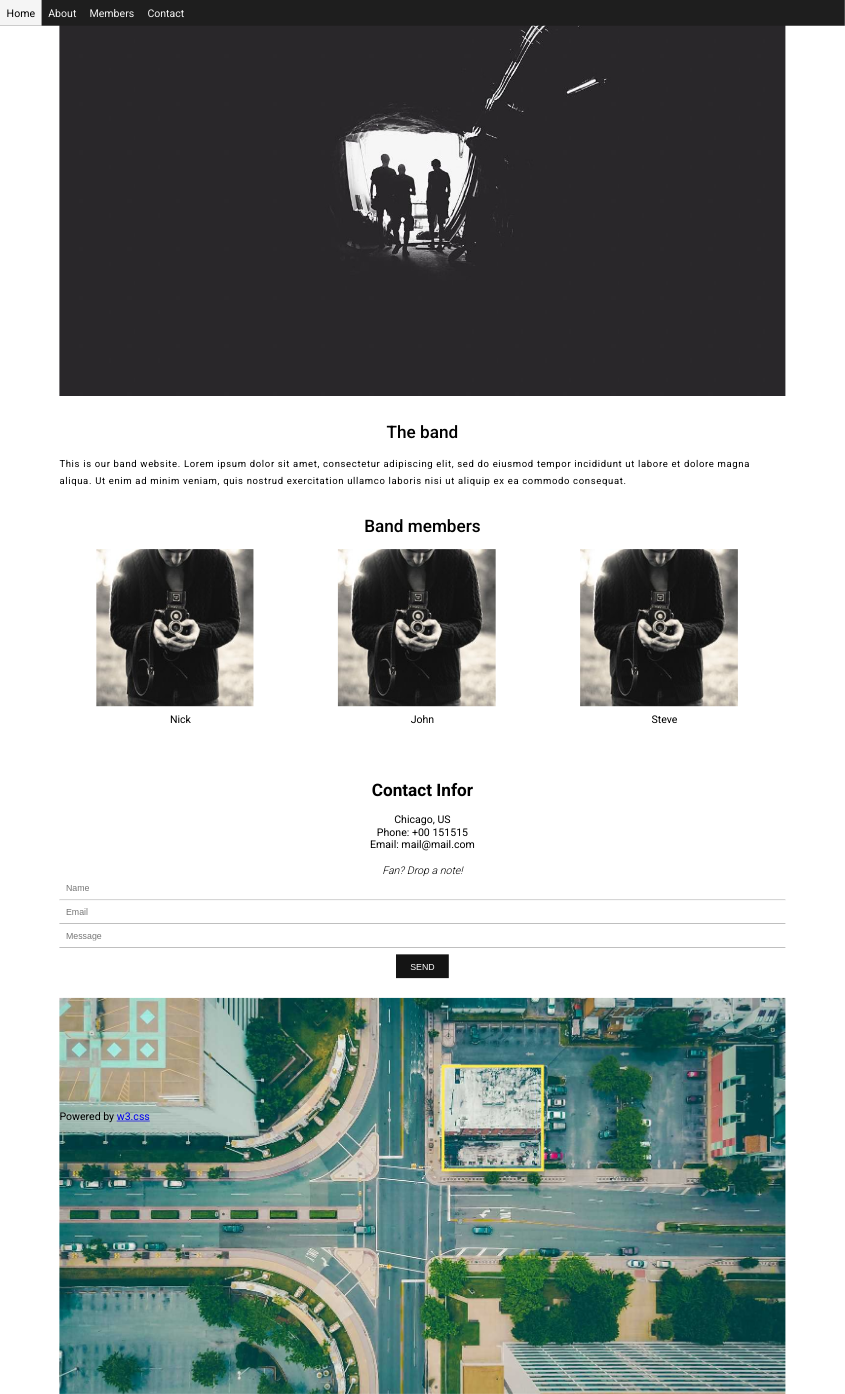
Repository: hieu-22/w3_band_UI
Page: index.html
The author's editor kept a copy of each file at every save. The page is drawn from the files as they stood at one save, then again after the next save.
The browser window is 1280 px wide. The pictures show the whole page, at 66% of full size.

Above is the page before, as saved 2022-12-30 10:41:42.

### index.html
<!DOCTYPE html>
<html lang="en">
<head>
    <meta charset="UTF-8">
    <meta http-equiv="X-UA-Compatible" content="IE=edge">
    <meta name="viewport" content="width=device-width, initial-scale=1.0">
    <title>The band - by w3school</title>
    <link rel="stylesheet" href="assets/css/style.css">
    <link rel="preconnect" href="https://fonts.googleapis.com"><link rel="preconnect" href="https://fonts.gstatic.com" crossorigin><link href="https://fonts.googleapis.com/css2?family=Roboto:wght@100;300;400;500;700&display=swap" rel="stylesheet">
</head>
<body>
    <header class="header">
        <nav class="navigation-bar">
            <ul class="navigation-bar__list">
                <li class="navigation-bar__list-item">
                    Home
                </li>
                <li class="navigation-bar__list-item">
                    About
                </li>
                <li class="navigation-bar__list-item">
                    Members
                </li>
                <li class="navigation-bar__list-item">
                    Contact
                </li>
            </ul>
        </nav>
        <div class="banner"></div>
    </header>

    <main class="content">
        <div class="content__about">
            <h2 class="content__about-name">The band</h2>
            <p class="content__about-description"> This is our band website. Lorem ipsum dolor sit amet, consectetur adipiscing elit, sed do eiusmod tempor incididunt ut labore et dolore magna aliqua. Ut enim ad minim veniam, quis nostrud exercitation ullamco laboris nisi ut aliquip ex ea commodo consequat.
            </p>
        </div>
        <!-- end about -->

        <div class="content__members">
            <h2 class="content__members-header">Band members</h2>
            <div class="content__members-container">
                <div class="member">
                    <div class="member__img">
                        <img src="/assets/img/img_bandmember.jpg" alt="band member">
                    </div>
                    <p class="member__name">Nick</p>
                </div>
                <!-- member1 -->
                <div class="member">
                    <div class="member__img">
                        <img src="/assets/img/img_bandmember.jpg" alt="band member">
                    </div>
                    <p class="member__name">John</p>
                </div>
                <!-- member2 -->
                <div class="member">
                    <div class="member__img">
                        <img src="/assets/img/img_bandmember.jpg" alt="band member">
                    </div>
                    <p class="member__name">Steve</p>
                </div>
                <!-- member3 -->
            </div>
        </div>
        <!-- end members -->
        <div class="content__contact-infor">
            <h2 class="contact-infor__header">Contact Infor</h2>
            <address class="contact-infor__address">
                Chicago, US</br>
                Phone: +00 151515</br>
                Email: mail@mail.com
            </address>
            <div class="contact-infor__form">
                <h3 class="contact-infor__form-title">Fan? Drop a note!</h3>
            <form action="#">
                <input type="text" placeholder="Name" name="name">
                <input type="email" placeholder="Email">
                <input type="text" placeholder="Message">
                <button type="submit">SEND</button>
            </form>
            </div>
            <div class="contact-infor__banner"></div>
        </div>
    </main>

    <footer>
        <p>Powered by <a href="#">w3.css</a></p>
    </footer>
</body>
</html>

### assets/css/style.css
* {
    box-sizing: border-box;
    padding: 0;
    margin: 0;

}

html {
    font-family: 'Roboto', sans-serif;
    font-size: 16px;
    width: 1100px;
    margin: auto;
}

.header {
    height: 600px;
}

.navigation-bar {
    position: absolute;
    top: 0;
    left: 0;
    width: 100%;
    background-color: rgb(30, 30, 30);
}

.navigation-bar__list {
    display: flex;
    justify-content: flex-start;
    align-items: center;
    border-radius: 2px;
    list-style-type: none;
}

.navigation-bar__list-item {
    padding: 10px;
    color: whitesmoke;
}
.navigation-bar__list-item:hover {
    background-color: whitesmoke;
    color: black;
    cursor: pointer;
}

.banner {
    height: 100%;
    width: auto;
    background-image: url('../img/img_la.jpg');
    background-size: cover;
}
/* main content */
.content__about {
    margin-top: 20px;
}

.content__about-name {
    font-weight: 500;
    text-align: center;
    font-size: 26px;
    padding: 20px 0;
}

.content__about-description {
    letter-spacing: 1px;
    line-height: 26px;
    font-size: 0.9rem;
}
/* end about */

.content__members {
    height: 400px;
    margin-top: 20px;
}
.content__members-header {
    font-weight: 500;
    text-align: center;
    width: 100%;
    padding: 20px 0;
    font-size: 26px;
}
.content__members-container {
    display: flex;
    justify-content: space-around;
}

.member__img {
    height: 80%;
}

.member__img img {
    height: 100%;
}

.member__name {
    text-align: center;
    padding: 10px;
}
/* end member */

.content__contact-infor {
    height: 500px;
    margin-top: 20px;
}

.content__contact-infor .contact-infor__header {
    margin: 20px 0;
    text-align: center;
    font-size: 26px;
}

.content__contact-infor .contact-infor__address {
    margin: 20px 0;
    text-align: center;
    font-style: normal;
}
/* end contact address */

.content__contact-infor .contact-infor__form-title {
    font-style: italic;
    font-weight: 300;
    font-size: 16px;
    text-align: center;
}

input {
    width: 100%;
    padding: 10px;
    border: none;
    border-bottom: 1px solid rgb(158, 158, 158);
}

input:focus {
    border: 1px solid black;
}

button {
    position: relative;
    left: 50%;
    top: 10px;
    transform: translateX(-50%);

    width: 80px;
    height: 36px;
    border: none;

    background-color: rgb(20, 20, 20);
    color: white;

    cursor: pointer;
}

button:hover {
    background-color: rgb(196, 198, 199);
    color: black;
}
/* end contact form */

.contact-infor__banner {
    height: 600px;
    margin-top: 40px;
    background-image: url(../img/map.jpg);
    background-size: cover;
}

After the next save:
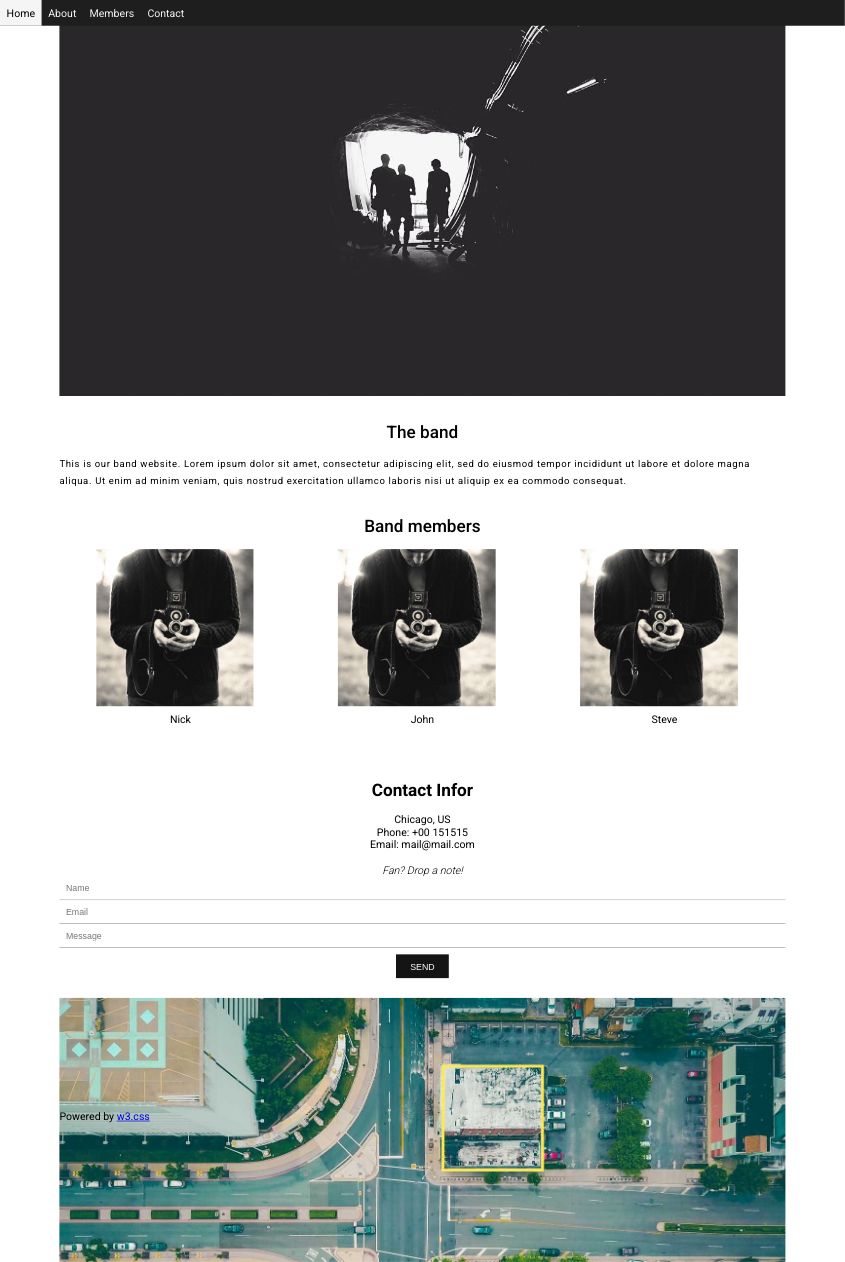
Saved 21 s later.
--- a/assets/css/style.css
+++ b/assets/css/style.css
@@ -156,7 +156,8 @@ button:hover {
 /* end contact form */
 
 .contact-infor__banner {
-    height: 600px;
+    height: 400px;
+    width: auto;
     margin-top: 40px;
     background-image: url(../img/map.jpg);
     background-size: cover;
